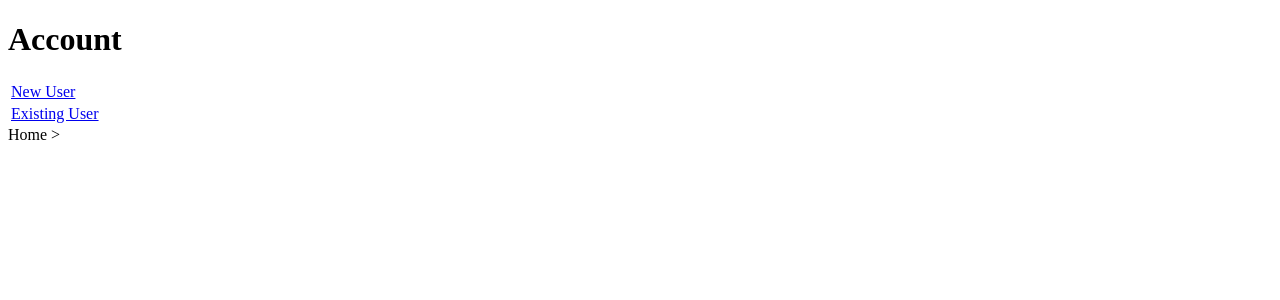
Repository: abigailCul/DistributedSystemsProject
Page: http://localhost/bookingClient/jsp/createbooking.jsp
These files come from the project's save history. The page is drawn as it stood at one moment and after a run of saves; the edit follows.
The browser window is 1280 px wide. The pictures show the whole page.
The page is served by Tomcat 9. Other server files are loaded and not shown.

Above is the page before, as saved 2018-12-10 15:37:15.

### WorkingProject/bookingClient/src/main/webapp/jsp/createbooking.jsp
<%@ page language="java" contentType="text/html; charset=ISO-8859-1"
	pageEncoding="ISO-8859-1"%>
<!DOCTYPE html>
<html>
<head>
<meta charset="ISO-8859-1">
<title>Create Booking</title>
</head>
<body>
	<h1>Account</h1>
	<table>
		<tr>
			<td><a href="/createAccount">New User</a></td>
		</tr>
		<tr>
			<td><a href="/existingUser">Existing User</a></td>
		</tr>

			</tr>
			</table
		<a href="/">Home</a>

	>
</body>
</html>

After the next 2 saves:
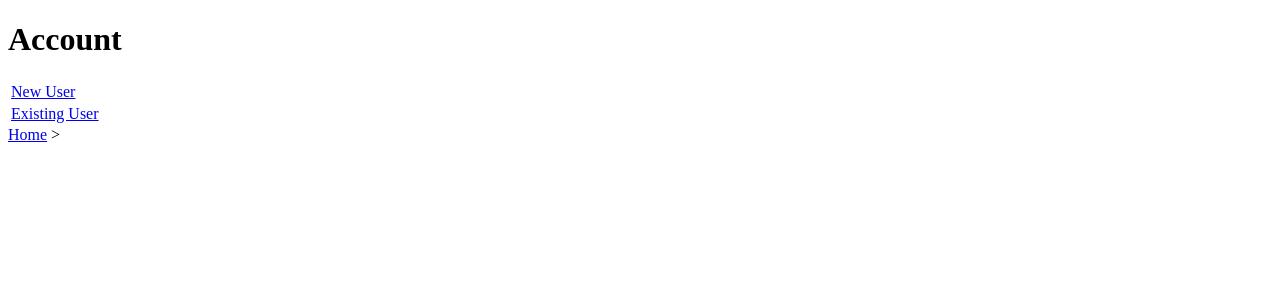
The 2 saves are shown as one change because they came seconds apart.
The last was saved 8 s later.
--- a/WorkingProject/bookingClient/src/main/webapp/jsp/createbooking.jsp
+++ b/WorkingProject/bookingClient/src/main/webapp/jsp/createbooking.jsp
@@ -16,8 +16,7 @@
 			<td><a href="/existingUser">Existing User</a></td>
 		</tr>
 
-			</tr>
-			</table
+			</table>
 		<a href="/">Home</a>
 
 	>
